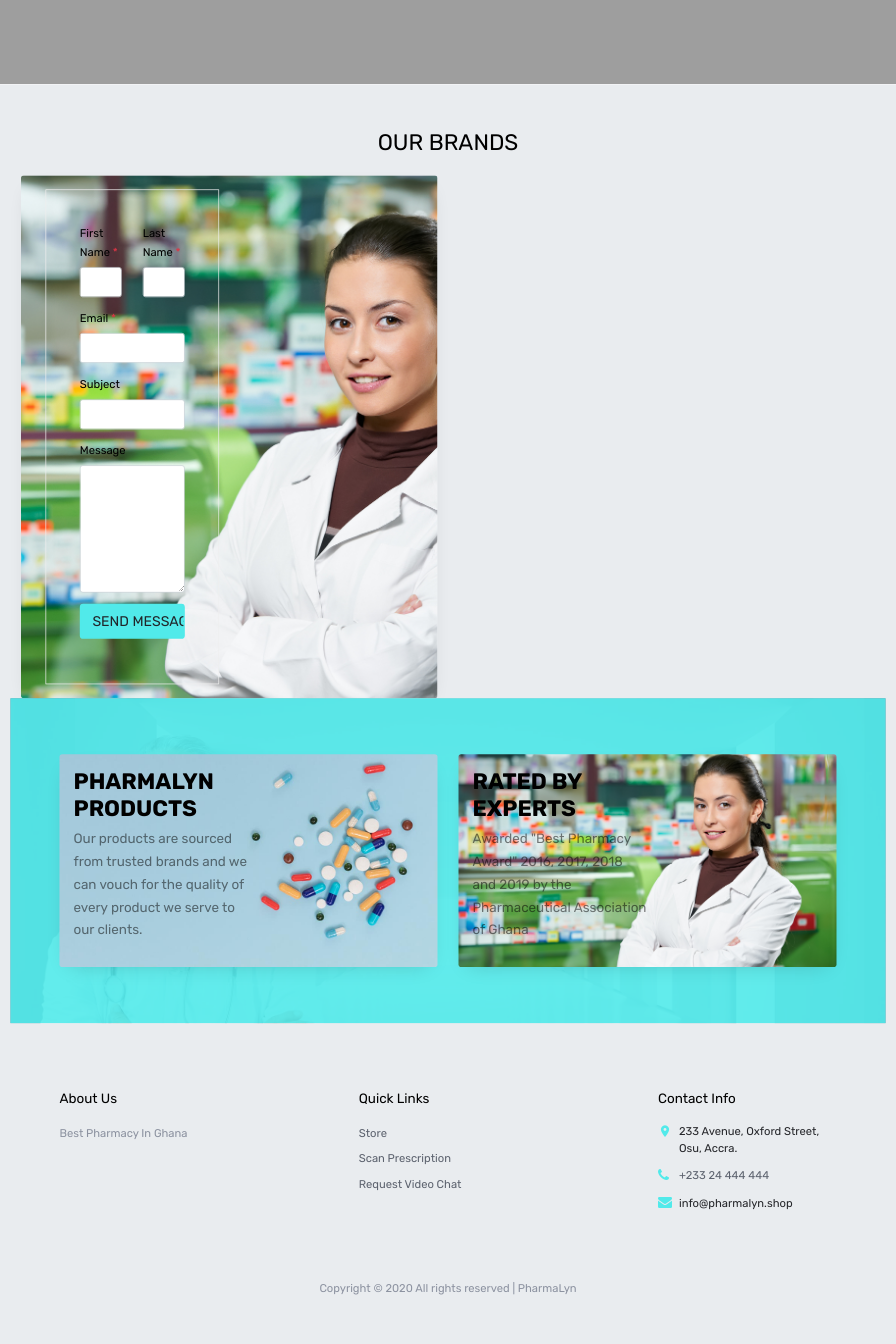
Repository: Nat-A/finalyearproject
Page: pharma/index - Copy.html
The author's editor kept a copy of each file at every save. The page is drawn from the files as they stood at one save, then again after the next save.
The browser window is 1280 px wide. The pictures show the part of the page from y = 682 to 2602 px (the page is 2743 px tall before and 2510 px after), at 70% of full size.
Pictures or frames that could not be fetched are drawn as grey boxes.

Above is the page before, as saved 2020-06-03 12:43:22.

### pharma/index - Copy.html
<!DOCTYPE html>
<html lang="en">

<head>
    <title>PharmaLyn &mdash; HomePage</title>
    <meta charset="utf-8">
    <meta name="viewport" content="width=device-width, initial-scale=1, shrink-to-fit=no">

    <link href="https://fonts.googleapis.com/css?family=Rubik:400,700|Crimson+Text:400,400i" rel="stylesheet">
    <link rel="stylesheet" href="fonts/icomoon/style.css">

    <link rel="stylesheet" href="css/bootstrap.min.css">
    <link rel="stylesheet" href="css/magnific-popup.css">
    <link rel="stylesheet" href="css/jquery-ui.css">
    <link rel="stylesheet" href="css/owl.carousel.min.css">
    <link rel="stylesheet" href="css/owl.theme.default.min.css">


    <link rel="stylesheet" href="css/aos.css">

    <link rel="stylesheet" href="css/style.css">

</head>

<body>

    <div class="site-wrap">

        <!-- navbar  -->
        <div class="site-navbar py-2">

            <div class="search-wrap">
                <div class="container">
                    <a href="#" class="search-close js-search-close"><span class="icon-close2"></span></a>
                    <!-- search feature -->
                    <form action="#" method="post">
                        <input type="text" class="form-control" placeholder="Search drug...">
                    </form>
                </div>
            </div>

            <div class="container">
                <div class="d-flex align-items-center justify-content-between">
                    <div class="logo">
                        <div class="site-logo">
                            <a href="index.html" class="js-logo-clone">PharmaLyn</a>
                        </div>
                    </div>
                    <div class="main-nav d-none d-lg-block">
                        <nav class="site-navigation text-right text-md-center" role="navigation">
                            <ul class="site-menu js-clone-nav d-none d-lg-block">
                                <li class="active"><a href="index.html">Home</a></li>

                                <li class="has-children">
                                    <a href="#">Services</a>
                                    <ul class="dropdown">
                                        <li><a href="shop.html">Store</a></li>
                                        <li><a href="#">Scan Prescription</a></li>
                                        <li><a href="#">Request Video Chat</a></li>
                                    </ul>
                                </li>
                                <li><a href="contact.html">Contact</a></li>
                                <li><a href="about.html">About</a></li>
                                <li><a href="#">Log In / Sign Up  </a></li>
                                <!-- insert modal here -->
                            </ul>
                        </nav>
                    </div>
                    <div class="icons">
                        <a href="#" class="icons-btn d-inline-block js-search-open"><span class="icon-search"></span></a>
                        <a href="cart.html" class="icons-btn d-inline-block bag">
                            <span class="icon-shopping-bag"></span>
                            <!-- subject to the items in the cart -->
                            <span class="number">2</span>
                        </a>
                        <a href="#" class="site-menu-toggle js-menu-toggle ml-3 d-inline-block d-lg-none"><span
                class="icon-menu"></span></a>
                    </div>
                </div>
            </div>
        </div>
        <!-- end of navbar -->


        <!-- site banner -->
        <div class="site-blocks-cover" style="background-image: url('images/pills.jpg');">
            <div class="container">
                <div class="row">
                    <div class="col-lg-7 mx-auto order-lg-2 align-self-center">
                        <div class="site-block-cover-content text-center">
                            <h2 class="sub-title">PharmaLyn, We Care For You</h2>
                            <h1>Welcome To PharmaLyn</h1>
                            <p>
                                <a href="shop.html" class="btn btn-primary px-5 py-3">Shop Now</a>
                            </p>
                        </div>
                    </div>
                </div>
            </div>
        </div>
        <!-- end of banner -->


        <!-- brands -->
        <div class="jumbotron jumbotron-fluid">
            <div class="container col-lg-12 col-md-12 m-sm-auto">
                <div class="row">
                    <div class="title-section text-center col-12">
                        <h2 class="text-uppercase">Our Brands</h2>
                    </div>
                </div>

                <div class="col-lg-6 mb-5 mb-lg-0 ">
                    <a class="banner-1 h-100 d-flex " style="background-image: url( 'images/avatars/doctor4.jpg'); ">
                        <div class="banner-1-inner align-self-center ">

                            <div class="col-md-12">

                                <form action="#" method="post">

                                    <div class="p-3 p-lg-5 border">
                                        <div class="form-group row">
                                            <div class="col-md-6">
                                                <label for="c_fname" class="text-black">First Name <span class="text-danger">*</span></label>
                                                <input type="text" class="form-control" id="c_fname" name="c_fname">
                                            </div>
                                            <div class="col-md-6">
                                                <label for="c_lname" class="text-black">Last Name <span class="text-danger">*</span></label>
                                                <input type="text" class="form-control" id="c_lname" name="c_lname">
                                            </div>
                                        </div>
                                        <div class="form-group row">
                                            <div class="col-md-12">
                                                <label for="c_email" class="text-black">Email <span class="text-danger">*</span></label>
                                                <input type="email" class="form-control" id="c_email" name="c_email" placeholder="">
                                            </div>
                                        </div>
                                        <div class="form-group row">
                                            <div class="col-md-12">
                                                <label for="c_subject" class="text-black">Subject </label>
                                                <input type="text" class="form-control" id="c_subject" name="c_subject">
                                            </div>
                                        </div>

                                        <div class="form-group row">
                                            <div class="col-md-12">
                                                <label for="c_message" class="text-black">Message </label>
                                                <textarea name="c_message" id="c_message" cols="30" rows="7" class="form-control"></textarea>
                                            </div>
                                        </div>
                                        <div class="form-group row">
                                            <div class="col-lg-12">
                                                <input type="submit" class="btn btn-primary btn-lg btn-block" value="Send Message">
                                            </div>
                                        </div>
                                    </div>
                                </form>
                            </div>
                        </div>
                    </a>
                </div>










                <!-- site ad -->
                <div class="site-section bg-secondary bg-image " style="background-image: url( 'images/bg_2.jpg'); ">
                    <div class="container ">
                        <div class="row align-items-stretch ">
                            <div class="col-lg-6 mb-5 mb-lg-0 ">
                                <a class="banner-1 h-100 d-flex " style="background-image: url( 'images/bg_1.jpg'); ">
                                    <div class="banner-1-inner align-self-center ">
                                        <h2>PharmaLyn Products</h2>
                                        <p>Our products are sourced from trusted brands and we can vouch for the quality of every product we serve to our clients.
                                        </p>
                                    </div>
                                </a>
                            </div>
                            <div class="col-lg-6 mb-5 mb-lg-0 ">
                                <a class="banner-1 h-100 d-flex " style="background-image: url( 'images/avatars/doctor4.jpg'); ">
                                    <div class="banner-1-inner align-self-center ">
                                        <h2>Rated by Experts</h2>
                                        <p>Awarded "Best Pharmacy Award" 2016, 2017, 2018 and 2019 by the Pharmaceutical Association of Ghana
                                        </p>
                                    </div>
                                </a>
                            </div>
                        </div>
                    </div>
                </div>
                <!-- end of ad -->



                <!-- footer -->
                <footer class="site-footer ">
                    <div class="container ">
                        <div class="row ">
                            <div class="col-md-6 col-lg-3 mb-4 mb-lg-0 ">

                                <div class="block-7 ">
                                    <h3 class="footer-heading mb-4 ">About Us</h3>
                                    <p>Best Pharmacy In Ghana</p>
                                </div>

                            </div>
                            <div class="col-lg-3 mx-auto mb-5 mb-lg-0 ">
                                <h3 class="footer-heading mb-4 ">Quick Links</h3>
                                <ul class="list-unstyled ">
                                    <li><a href="shop.html ">Store</a></li>
                                    <li><a href="# ">Scan Prescription</a></li>
                                    <li><a href="# ">Request Video Chat</a></li>
                                </ul>
                            </div>

                            <div class="col-md-6 col-lg-3 ">
                                <div class="block-5 mb-5 ">
                                    <h3 class="footer-heading mb-4 ">Contact Info</h3>
                                    <ul class="list-unstyled ">
                                        <li class="address ">233 Avenue, Oxford Street, Osu, Accra. </li>
                                        <li class="phone "><a href="tel:// ">+233 24 444 444</a></li>
                                        <li class="email ">info@pharmalyn.shop</li>
                                    </ul>
                                </div>
                            </div>
                        </div>
                        <div class="row pt-5 text-center ">
                            <div class="col-md-12 ">
                                <p>
                                    Copyright &copy;
                                    <script>
                                        document.write(new Date().getFullYear());
                                    </script> All rights reserved | PharmaLyn
                                </p>
                            </div>
                        </div>
                    </div>
                </footer>
                <!-- end of footer -->
            </div>

            <script src="js/jquery-3.3.1.min.js "></script>
            <script src="js/jquery-ui.js "></script>
            <script src="js/popper.min.js "></script>
            <script src="js/bootstrap.min.js "></script>
            <script src="js/owl.carousel.min.js "></script>
            <script src="js/jquery.magnific-popup.min.js "></script>
            <script src="js/aos.js "></script>

            <script src="js/main.js "></script>

</body>

</html>

Loaded but not shown: pharma/fonts/icomoon/style.css (common file); pharma/css/bootstrap.min.css (library); pharma/css/magnific-popup.css (library); pharma/css/jquery-ui.css (library); pharma/css/owl.carousel.min.css (common file); pharma/css/owl.theme.default.min.css (common file); pharma/css/aos.css (library); pharma/js/jquery-3.3.1.min.js (library); pharma/js/jquery-ui.js (library); pharma/js/popper.min.js (library); pharma/js/bootstrap.min.js (library); pharma/js/owl.carousel.min.js (library); pharma/js/jquery.magnific-popup.min.js (library); pharma/js/aos.js (library); pharma/js/main.js (219 lines, source omitted); pharma/css/style.css (1125 lines, source omitted)

After the next save:
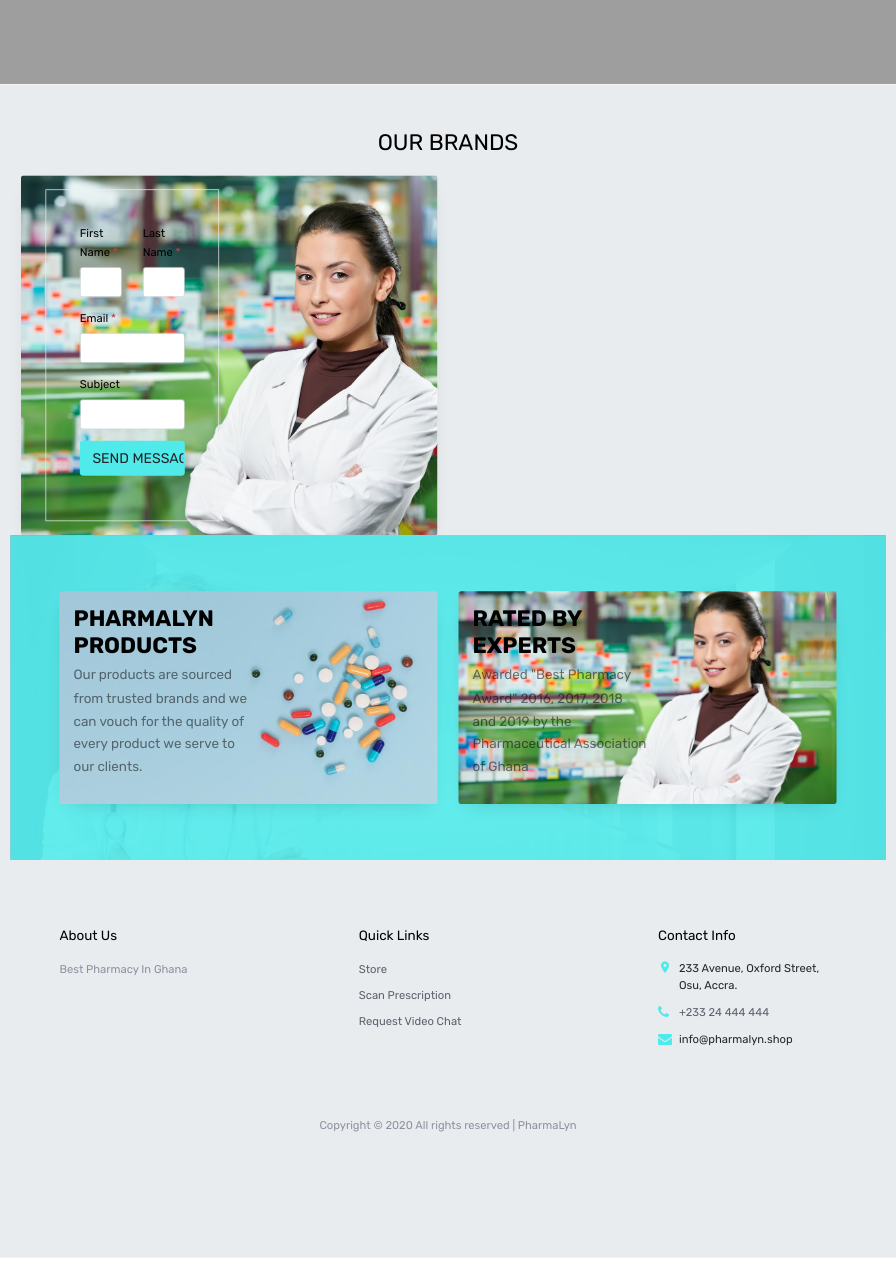
Saved 33 s later.
--- a/pharma/index - Copy.html
+++ b/pharma/index - Copy.html
@@ -142,12 +142,7 @@
                                             </div>
                                         </div>
 
-                                        <div class="form-group row">
-                                            <div class="col-md-12">
-                                                <label for="c_message" class="text-black">Message </label>
-                                                <textarea name="c_message" id="c_message" cols="30" rows="7" class="form-control"></textarea>
-                                            </div>
-                                        </div>
+
                                         <div class="form-group row">
                                             <div class="col-lg-12">
                                                 <input type="submit" class="btn btn-primary btn-lg btn-block" value="Send Message">
